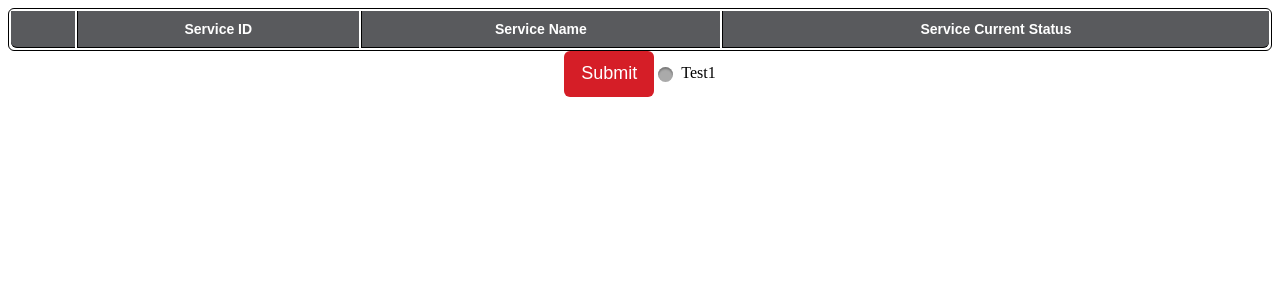
Repository: suma94/MyProjects
Page: http://localhost/SelfServiceSales/Display.jsp
An editor plug-in stored every save of this project. The page is shown before and after the next save, followed by the edit.
The browser window is 1280 px wide. The pictures show the whole page.
The page is served by Tomcat 9.

Above is the page before, as saved 2015-08-26 05:12:27.

After the next save:
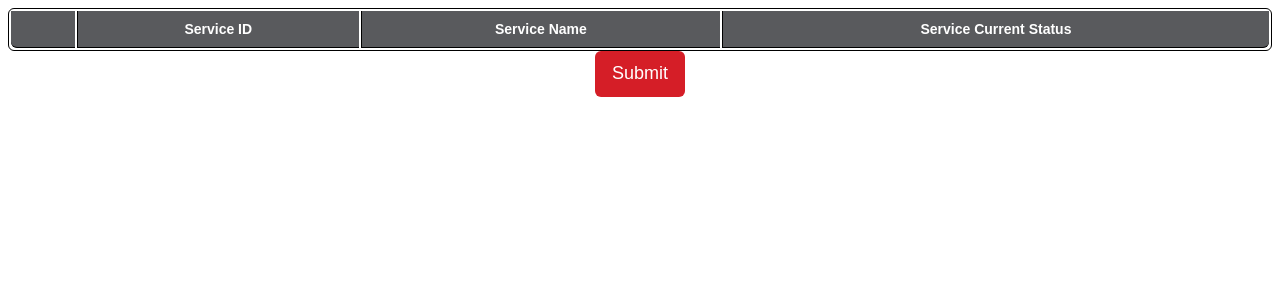
Saved 44 s later.
--- a/SelfServiceSales/WebContent/Display.jsp
+++ b/SelfServiceSales/WebContent/Display.jsp
@@ -26,8 +26,6 @@
 			</table>
 			<center>
 				<input type="submit" value="Submit" name="Suspend" class="vzbtn">
-				<input type="radio" id="rb1" name="rb" value="id">
-				<label for="rb1">Test1</label>
 			</center>
 	</form>
 </body>
